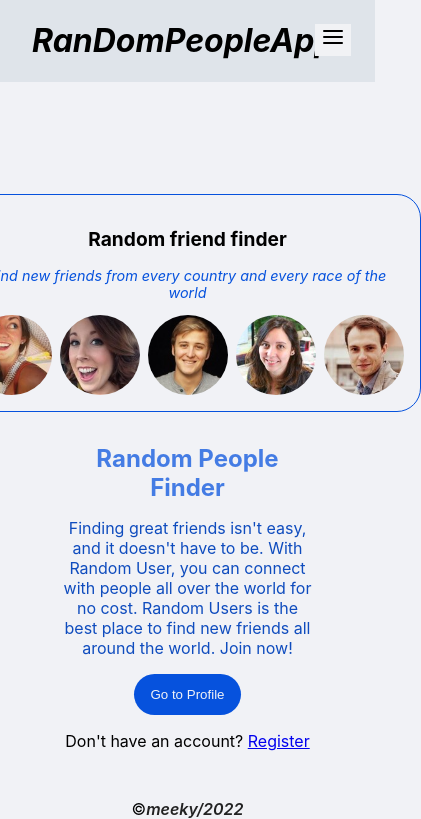
Repository: MikkyPrestige/RandomProfiles
Page: /
The author's editor kept a copy of each file at every save. The page is drawn from the files as they stood at one save, then again after the next save.
The browser window is 375 px wide. The page is 421 px wide, then 413 px, so the pictures cover 421 px, including what lies to the right of the window. The pictures show the whole page.
The project was rebuilt for these pictures with package versions that can differ from the ones it lists, and the page was loaded fresh each time. Also part of the build but not shown: src/components/users.jsx, src/assets/styles/search.css, src/components/search.jsx, src/assets/styles/help.css, src/components/help.jsx, src/assets/styles/about.css, src/components/about.jsx, src/assets/styles/error.css and 9 more.

Above is the page before, as saved 2022-12-06 22:36:43.

### public/index.html
<!DOCTYPE html>
<html lang="en">

<head>
  <meta charset="utf-8" />
  <link rel="icon" href="%PUBLIC_URL%/favicon.ico" />
  <meta name="viewport" content="width=device-width, initial-scale=1" />
  <meta name="theme-color" content="#000000" />
  <meta name="description" content="Web site created using create-react-app" />
  <link rel="apple-touch-icon" href="%PUBLIC_URL%/logo192.png" />
  <!--
      manifest.json provides metadata used when your web app is installed on a
      user's mobile device or desktop. See https://developers.google.com/web/fundamentals/web-app-manifest/
    -->
  <link rel="manifest" href="%PUBLIC_URL%/manifest.json" />
  <!--
      Notice the use of %PUBLIC_URL% in the tags above.
      It will be replaced with the URL of the `public` folder during the build.
      Only files inside the `public` folder can be referenced from the HTML.

      Unlike "/favicon.ico" or "favicon.ico", "%PUBLIC_URL%/favicon.ico" will
      work correctly both with client-side routing and a non-root public URL.
      Learn how to configure a non-root public URL by running `npm run build`.
    -->
  <title>AltSchool Assignment 2</title>
</head>

<body>
  <noscript>You need to enable JavaScript to run this app.</noscript>
  <div id="root"></div>
  <!--
      This HTML file is a template.
      If you open it directly in the browser, you will see an empty page.

      You can add webfonts, meta tags, or analytics to this file.
      The build step will place the bundled scripts into the <body> tag.

      To begin the development, run `npm start` or `yarn start`.
      To create a production bundle, use `npm run build` or `yarn build`.
    -->
</body>

</html>

### src/index.css
body {
  margin: 0;
  font-family: -apple-system, BlinkMacSystemFont, 'Segoe UI', 'Roboto', 'Oxygen',
    'Ubuntu', 'Cantarell', 'Fira Sans', 'Droid Sans', 'Helvetica Neue',
    sans-serif;
  -webkit-font-smoothing: antialiased;
  -moz-osx-font-smoothing: grayscale;
  background-color: #f1f2f6;
}

code {
  font-family: source-code-pro, Menlo, Monaco, Consolas, 'Courier New',
    monospace;
}

### src/App.jsx
import * as React from "react";
import { ErrorBoundary } from "react-error-boundary";
import { Route, Routes } from "react-router-dom";
import {
  Layout,
  Home,
  Users,
  Search,
  Help,
  About,
  Error,
  ErrorFallBack,
  Profile,
  ProfileDisplay,
  Register,
  UpdatePassword,
  Footer,
} from "./components";

const App = () => {
  return (
    <div className="App">
      <main>
        <ErrorBoundary FallbackComponent={ErrorFallBack}>
          <Layout />
          <Routes>
            <Route path="/" element={<Home />} />
            <Route path="users">
              <Route index element={<Users />} />
              <Route path=":id" element={<Search />} />
            </Route>
            <Route path="profile" element={<Profile />} />
            <Route path="profileDisplay" element={<ProfileDisplay />} />
            <Route path="register" element={<Register />} />
            <Route path="update" element={<UpdatePassword />} />
            <Route path="help" element={<Help />} />
            <Route path="about" element={<About />} />
            <Route path="*" element={<Error />} />
          </Routes>
        </ErrorBoundary>
        <Footer />
      </main>
    </div>
  );
};

export default App;

### src/components/index.js
export {  Layout, Back } from "./layout";
export { default as Home } from "./home";
export { default as Users } from "./users";
export { default as Search } from "./search";
export { default as Help } from "./help";
export { default as About } from "./about";
export { default as Error } from "./error";
export { default as ErrorFallBack } from "./errorFallback";
export { default as Profile } from "./profile";
export { default as ProfileDisplay } from "./profileDisplay";
export { default as Register } from "./register";
export { default as UpdatePassword } from "./update";
export { Footer } from "./avatar";

### src/components/layout.jsx
// LAYOUT COMPONENT - This component is for the App Layout that displays the Navigation bar in the app UI to the user when app is open

import { useState } from "react";
import { NavLink } from "react-router-dom";
import "../assets/styles/layout.css";
import { MdClose } from "react-icons/md";
import { FiMenu } from "react-icons/fi";

const CustomNavLink = ({ to, ...props }) => {
  let activeStyle = {
    textDecoration: "underline",
    color: "red",
  };

  return (
    <NavLink
      style={({ isActive }) =>
        isActive ? activeStyle : { textDecoration: "none" }
      }
      to={to}
      end
      {...props}
    />
  );
};

const LayoutSmall = () => {
  const [nav, setNav] = useState(false);

  const toggleNav = () => {
    setNav(!nav);
  };

  const closeNav = () => {
    setNav(false);
  };

  return (
    <div className="layout small">
      <header className="layout__header">
        <div className="layout__header--text">
          <h1 className="layout__header--title">RanDomPeopleApp</h1>
        </div>
        <nav className="layout__nav">
          <button onClick={toggleNav} className="layout--btn">
            {nav ? (
              <MdClose className="layout__btn--icon" />
            ) : (
              <FiMenu className="layout__btn--icon" />
            )}
          </button>
          <div className={`menuNav ${nav ? " showMenu" : ""}`}>
            <CustomNavLink
              to="/"
              end
              className="nav__item"
              onClick={() => closeNav()}
            >
              Home
            </CustomNavLink>
            <CustomNavLink
              to="profile"
              className="nav__item"
              onClick={() => closeNav()}
            >
              Users
            </CustomNavLink>
            <CustomNavLink
              to="about"
              className="nav__item"
              onClick={() => closeNav()}
            >
              About
            </CustomNavLink>
            <CustomNavLink
              to="help"
              className="nav__item"
              onClick={() => closeNav()}
            >
              Features
            </CustomNavLink>
          </div>
        </nav>
      </header>
    </div>
  );
};

const LayoutLarge = () => {
  return (
    <div className="layout large">
      <header className="layout__header">
        <div className="layout__header--text">
          <h1 className="layout__header--title">RanDomPeopleApp</h1>
        </div>
        <nav className="layout__nav">
          <div className="nav__items--large">
            <CustomNavLink to="/" className="nav__item--large">
              Home
            </CustomNavLink>
            <CustomNavLink to="profile" className="nav__item--large">
              Users
            </CustomNavLink>
            <CustomNavLink to="about" className="nav__item--large">
              About
            </CustomNavLink>
            <CustomNavLink to="help" className="nav__item--large">
              Features
            </CustomNavLink>
          </div>
        </nav>
      </header>
    </div>
  );
};

const Layout = () => {
  return (
    <div>
      <LayoutSmall />
      <LayoutLarge />
    </div>
  );
};

//  Navigate back home button
const Back = () => {
  const [isHover, setIsHover] = useState(false);

  const handleMouseEnter = () => {
    setIsHover(true);
  };

  const handleMouseLeave = () => {
    setIsHover(false);
  };

  const style = {
    border: "none",
    borderRadius: ".5rem",
    padding: " .5rem",
    fontSize: "1rem",
    fontWeight: "600",
    cursor: "pointer",
    backgroundColor: isHover ? "lightblue" : "rgb(0, 191, 255)",
    color: isHover ? "#f00" : "green",
  };

  return (
    <NavLink to="/" className="back__button">
      <button
        style={style}
        onMouseEnter={handleMouseEnter}
        onMouseLeave={handleMouseLeave}
      >
        Back ←{" "}
      </button>
    </NavLink>
  );
};

export { Layout, Back };

### src/components/home.jsx
// HOME COMPONENT - This component is the Home section of the app that displays app Home page on load and when the 'HOME' button in the header is clicked

import { Link, useNavigate } from "react-router-dom";
import "../assets/styles/home.css";
import { Avatar } from "./avatar";
import FirstFemale from "../assets/img/female-1.jpg";
import SecondFemale from "../assets/img/female-2.jpg";
import ThirdFemale from "../assets/img/female-3.jpg";
import FirstMale from "../assets/img/male-1.jpg";
import SecondMale from "../assets/img/male-2.jpg";

const Home = () => {
  const navigate = useNavigate();
  const getStarted = () => {
    navigate("/profileDisplay"); // Redirect the user to the users component when the get started button is clicked
  };

  return (
    <div className="home">
      <div className="home__container">
        <div className="desc">
          <h1 className="desc__heading">Random people finder</h1>
          <p className="desc__paragraph">
            Finding great friends isn't easy, and it doesn't have to be. With
            Random User, you can connect with people all over the world for no
            cost. Random Users is the best place to find new friends all around
            the world. Join now!
          </p>
          <button onClick={getStarted} className="desc__cta">
            Go to Profile
          </button>
          <p className="register__text">
            Don't have an account?{" "}
            <Link to="/register" className="register__link">
              Register
            </Link>
          </p>
        </div>
        <div className="home__wrapper">
          <h2 className="home__heading">Random friend finder</h2>
          <p className="home__text">
            Find new friends from every country and every race of the world
          </p>
          <div className="home__img">
            <Avatar
              image={FirstFemale}
              alt="Female One"
              style={{ width: "5rem", height: "5rem", borderRadius: "50%" }}
            />
            <Avatar
              image={SecondFemale}
              alt="Female Two"
              style={{ width: "5rem", height: "5rem", borderRadius: "50%" }}
            />
            <Avatar
              image={FirstMale}
              alt="Male One"
              style={{ width: "5rem", height: "5rem", borderRadius: "50%" }}
            />
            <Avatar
              image={ThirdFemale}
              alt="Female Three"
              style={{ width: "5rem", height: "5rem", borderRadius: "50%" }}
            />
            <Avatar
              image={SecondMale}
              alt="Male Two"
              style={{ width: "5rem", height: "5rem", borderRadius: "50%" }}
            />
          </div>
        </div>
      </div>
    </div>
  );
};

export default Home;

### src/components/avatar.jsx
// AVATAR COMPONENT - This component is for the Images used in the app.

import "../assets/styles/layout.css";

export const Avatar = ({ image = "", alt = "", style = {} }) => {
  return (
    <div className="avatar">
      <img src={image} alt={alt} style={style} />
    </div>
  );
};

// FOOTER COMPONENT - for the attribution

export const Footer = () => {
  return (
    <div className="attribution">
      <footer>
        &copy;
        <a
          href="https://github.com/MeekyBerry"
          target="_blank"
          rel="noreferrer"
          className="footer"
        >
          meeky/2022
        </a>
      </footer>
    </div>
  );
};

### src/assets/styles/layout.css
.layout {
  background-color: #dfe4ea;
  width: 100%;
}

.layout__nav {
  display: flex;
  align-items: center;
  justify-content: space-between;
  position: relative;
  padding-right: 2rem;
}

.layout__header {
  display: flex;
  justify-content: space-between;
  align-items: center;
}

.layout__header--title {
  font-style: oblique;
  padding-left: 2rem;
}

.layout--btn {
  position: fixed;
  top: 1.5rem;
  right: 1.5rem;
  z-index: 10;
  background-color: #f1f2f5;
  border: none;
  font-size: 1.5rem;
  cursor: pointer;
}

.menuNav {
  position: fixed;
  top: 6rem;
  right: 0;
  width: 0;
  max-width: 10rem;
  height: 100%;
  background-color: #f1f2f5;
  z-index: 5;
  overflow: hidden;
}

.menuNav.showMenu {
  width: 100%;
  transition: all 2s ease-in;
  -webkit-transition: all 2s ease-in;
  -moz-transition: all 2s ease-in;
  -ms-transition: all 2s ease-in;
  -o-transition: all 2s ease-in;
}

.nav__items {
  display: flex;
  align-items: center;
  list-style: none;
  /* flex-wrap: wrap; */
}

.nav__item {
  font-size: 1.2rem;
  padding: 1rem;
  text-transform: uppercase;
  display: block;
  text-align: center;
  text-transform: uppercase;
  color: #0046dc;
}

.nav__item:hover {
  color: #7dd5c6;
}

.nav__items--large {
  display: flex;
  gap: 2rem;
}

.nav__item--large {
  text-transform: uppercase;
  font-size: 1.1rem;
  font-weight: 700;
  letter-spacing: .2rem;
  color: #0046dc;
}

.attribution {
  text-align: center;
}

.footer {
  color: #222;
  text-decoration: none;
  cursor: pointer;
  font-style: italic;
  font-weight: 600;
}

/* MEDIA QUERY TO HIDE THE NAVIGATION BAR HAMBURGER ON LARGE SCREENS */

@media screen and (min-width: 768px) {
  .small {
    display: none;
  }

  .large {
    display: block;
  }
}

@media screen and (max-width: 768px) {
  .small {
    display: block;
  }

  .large {
    display: none;
  }
}

@media screen and (max-width: 900px) {
  .nav__item--large {
    font-size: 1rem;
    margin-right: -.5rem;
  }

}

### src/assets/styles/home.css
.home {
  margin-top: 5rem;
  text-align: center;
  padding: 2rem;
}

.home__container {
  display: flex;
  justify-content: space-around;
  align-items: center;
  gap: 1rem;
}

.desc {
  width: 40%;
}

.desc__heading {
  font-size: 2rem;
  color: #0651ddbb;
  text-transform: capitalize;
}

.desc__paragraph {
  font-size: 1rem;
  color: #0f4cbe;
}

.desc__cta {
  background-color: #0652dd;
  color: #f1f2f6;
  padding: 0.8rem 1rem;
  border: none;
  border-radius: 1.5rem;
}

.desc__cta:hover {
  background-color: #0f4cbe;
}

.home__wrapper {
  border: 1px solid #0652dd;
  border-radius: 1.5rem;
  padding: 1rem;
  height: min-content;
}

.home__text {
  font-style: italic;
  color: #0652dd;
}

.home__img {
  display: flex;
  align-items: center;
  gap: 1rem;
}

.avatar {
  width: 5rem;
  height: 5rem;
  border-radius: 50%;
  -webkit-border-radius: 50%;
  -moz-border-radius: 50%;
  -ms-border-radius: 50%;
  -o-border-radius: 50%;
}

@media screen and (max-width: 900px) {
  .home__container {
    flex-direction: column-reverse;
  }

  .desc {
    width: 60%;
  }

  .desc__heading {
    font-size: 1.5rem;
  }
}

@media screen and (max-width: 600px) {
  .desc {
    width: 80%;
  }

  .home__img {
    gap: .5rem;
  }

  .home__text {
    font-size: .9rem;
  }

  .home__heading {
    font-size: 1.2rem;
  }

  .home__wrapper {
    padding: ;
  }
}

/* @media screen and (max-width) {
  .home__wrapper {
    padding: 1rem;
  }

  .home__img {
    width: 2rem;
  }
} */

### src/assets/styles/users.css
.users {
  background-color: #fff;
  border: 1px solid #ccc;
  border-radius: 0.5rem;
  padding: 1rem;
  margin: 1rem;
}

.users__container {
  display: flex;
  flex-direction: column;
  justify-content: center;
  align-items: center;
}

.users__heading {
  text-align: center;
  text-transform: uppercase;
  font-size: 1.5rem;
  font-weight: bold;
  margin-bottom: 1rem;
}

.users__list {
  list-style: none;
  padding: 2rem;
  margin: 1rem auto;
  width: 85%;
  display: grid;
  grid-template-columns: repeat(3, minmax(200px, 1fr));
  grid-gap: 3rem;
}

.user__items {
  border-bottom: 1px solid #ccc;
}

.user__item {
  background-color: #fff;
  border: 1px solid #ccc;
  border-radius: 0.5rem;
  padding: 1rem;
}

.user__img {
  width: 80%;
  border-radius: 10%;
  margin-left: 1rem;
}

/* BUTTON BELOW */
.btn__container {
  display: flex;
  justify-content: center;
  align-items: center;
}

.active:hover {
  background-color: #ced6e0;
  color: #1e90ff;
}

.active:active {
  background-color: #70a1ff;
  color: #ced6e0;
}

.btn__array {
  padding: 0.5rem;
  margin: 0.5rem;
  font-size: 1rem;
  border-radius: 0.5rem;
  border: none;
  cursor: pointer;
}

.search__box {
  display: flex;
  justify-content: center;
  align-items: center;
}

.search__link {
  background-color: #fff;
  border: 1px solid #ccc;
  color: #1e90ff;
  border-radius: 1rem;
  width: 18rem;
  padding: 0.5rem;
  margin: 1rem;
  font-size: 1rem;
  font-weight: bold;
  cursor: pointer;
  text-align: center;
  text-decoration: none;
  animation: search 1s ease-in-out infinite;
}

.search__link:hover {
  background-color: #1e90ff;
  color: #fff;
  animation: none;
}

.search__link:active {
  background-color: #70a1ff;
  color: #fff;
  animation: none;
}

@keyframes search {
  0% {
    transform: scale(1);
  }

  50% {
    transform: scale(1.2);
  }

  100% {
    transform: scale(1);
  }
}

Loaded but not shown: src/index.js (common file)

After the next save:
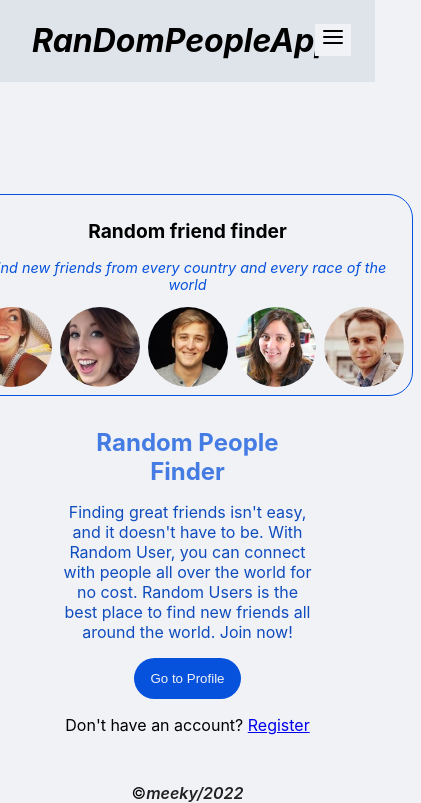
Saved 25 s later.
--- a/src/assets/styles/home.css
+++ b/src/assets/styles/home.css
@@ -98,7 +98,7 @@
   }
 
   .home__wrapper {
-    padding: ;
+    padding: .5rem;
   }
 }
 
